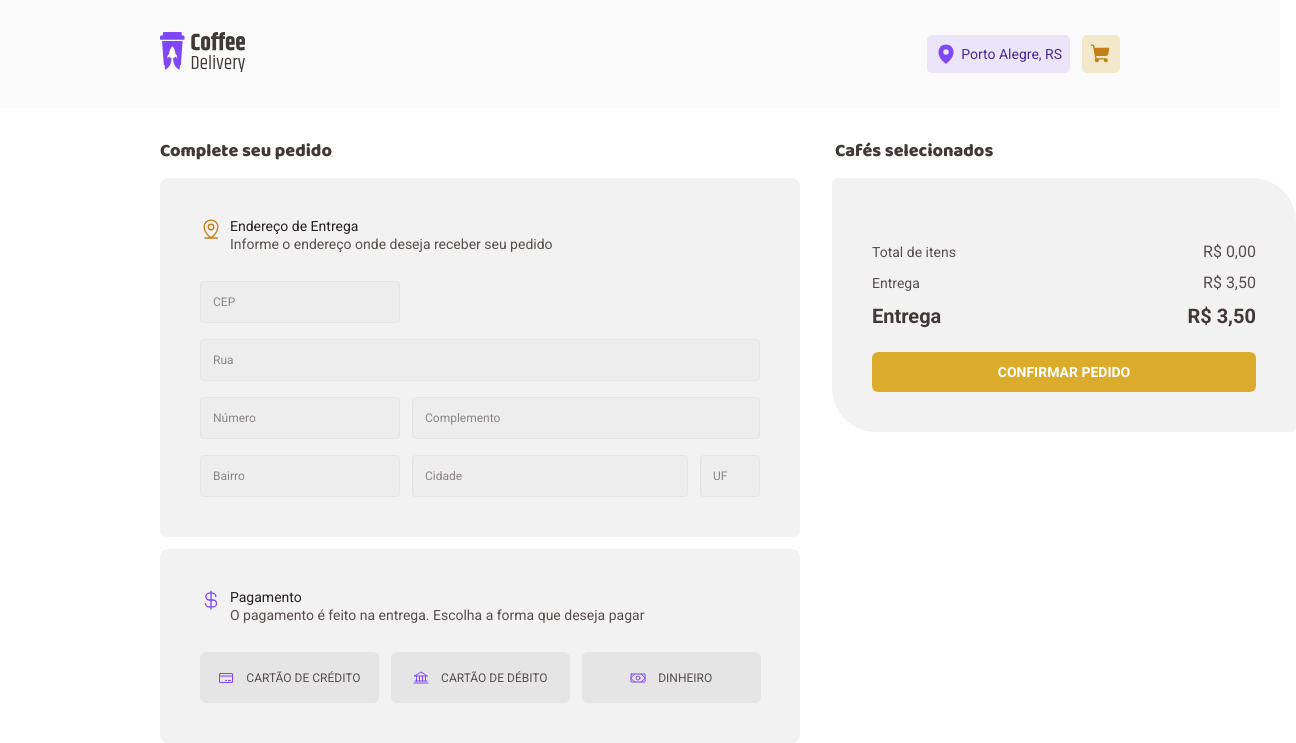
Repository: caueenrico/CoffeDelivery
Page: /checkout
These files come from the project's save history. The page is drawn as it stood at one moment and after a run of saves; the edit follows.
The browser window is 1280 px wide. The page is 1296 px wide, so the pictures cover 1296 px, including what lies to the right of the window. The pictures show the whole page.
The project was rebuilt for these pictures with package versions that can differ from the ones it lists, and the page was loaded fresh each time. Also part of the build but not shown: vite.config.ts, src/components/IpuntNumber/styles.ts, src/components/IpuntNumber/index.tsx, src/pages/CheckOut/components/SelectedCoffes/styles.ts, src/pages/CheckOut/components/SelectedCoffes/index.tsx, src/pages/CheckOut/Pages/Success/styles.ts, src/pages/CheckOut/Pages/Success/components/SendRequest/styles.ts, src/pages/CheckOut/Pages/Success/components/SendRequest/index.tsx and 8 more.

Above is the page before, as saved 2022-10-06 17:38:00.

### index.html
<!DOCTYPE html>
<html lang="en">
  <head>
    <meta charset="UTF-8" />

    <link rel="preconnect" href="https://fonts.googleapis.com" />
    <link rel="preconnect" href="https://fonts.gstatic.com" crossorigin />
    <link
      href="https://fonts.googleapis.com/css2?family=Baloo+2:wght@700;800&family=Roboto:wght@400;700&display=swap"
      rel="stylesheet"
    />

    <link rel="icon" type="image/svg+xml" href="/vite.svg" />
    <meta name="viewport" content="width=device-width, initial-scale=1.0" />
    <title>Vite + React + TS</title>
  </head>
  <body>
    <div id="root"></div>
    <script type="module" src="/src/main.tsx"></script>
  </body>
</html>

### src/App.tsx
import { BrowserRouter } from "react-router-dom";
import { ThemeProvider } from "styled-components";
import { CartContextProvider } from "./context/CartContext";
import { Router } from "./Router";
import { defaultTheme } from "./styles/themes/default";
import { GlobalStyle } from "./styles/themes/global";

export function App() {
  return (
    <ThemeProvider theme={defaultTheme}>
      <BrowserRouter>
      <CartContextProvider>
        <Router />
      </CartContextProvider>
      </BrowserRouter>
      <GlobalStyle />
    </ThemeProvider>
  );
}

### src/Router.tsx
import { Routes, Route } from 'react-router-dom'
import { DefaultLayout } from './layouts/DefaultLayout'
import { PageForm } from './pages/CheckOut'
import { Success } from './pages/CheckOut/Pages/Success'
import { Home } from './pages/Home'



export function Router() {
  return (
    <Routes>
      <Route path="/" element={<DefaultLayout />}>
        <Route path="/" element={<Home />} />
        <Route path="/checkout" element={<PageForm />} />
        <Route path="/checkout/success" element={<Success />} />

      </Route>
    </Routes>
  )
}

### src/styles/themes/default.ts
export const defaultTheme = {
  white: '#FFFFFF',

  // PRODUTOS
  'yellow-dark': '#C47F17',
  'yellow': '#DBAC2C',
  'yellow-light': '#F1E9C9',

  'purple-dark': '#4B2995',
  'purple': '#8047F8',
  'purple-light': '#EBE5F9',

  //BASE
  'title':'#272221',
  'subtitle': '#403937',
  'text':'#574F4D',
  'label':'#8D8686',
  'hover':'#D7D5D5',
  'button':'#E6E5E5',
  'input':'#EDEDED',
  'card':'#F3F2F2',
  'background':'#FAFAFA'
}

### src/styles/themes/global.ts
import { createGlobalStyle } from "styled-components";


export const GlobalStyle = createGlobalStyle`
  *{
    margin: 0;
    padding: 0;
    box-sizing: border-box;
  }

  :focus{
    outline: 0;
  }

  body{
    -webkit-font-smoothing: antialiased;
  }

  body,input,textarea,button{
    font-family: 'Roboto', sans-serif;
    font-weight: 400;
    font-size: 1rem;
  }

  input::-webkit-outer-spin-button,
  input::-webkit-inner-spin-button {
    -webkit-appearance: none;
    margin: 0;
  }
  input[type="number"] {
    -moz-appearance: textfield;
  }

`

### src/layouts/DefaultLayout/index.tsx
import { Outlet } from 'react-router-dom'
import { Header } from '../../components/Header'
import { LayoutContainer } from './styles'

export function DefaultLayout() {
  return (
    <div>
      <LayoutContainer>
        <Header />
        <Outlet />
      </LayoutContainer>
    </div>
  )
}

### src/pages/CheckOut/index.tsx
import {
  Bank,
  CreditCard,
  CurrencyDollar,
  MapPinLine,
  Money,
} from "phosphor-react";
import { NavLink } from "react-router-dom";
import { useTheme } from "styled-components";
import { MetodosdePagamentos } from "../../components/MetodosPagamento";
import { TilteText } from "../Home/styles";

import { ConfirmButton } from "./components/ConfirmButton";
import { RenderSelectCoffes } from "./components/RenderSelectCoffes";
import { TextCheck } from "./components/TextosCheck";
import { TotalItens } from "./components/TotalItens";


import * as zod from "zod";
import { zodResolver } from "@hookform/resolvers/zod";
import { useForm, FormProvider } from "react-hook-form";
import { ContainerForm } from "./styles";
import { CheckOutIndex } from "./components/CompleteOrderForm/CheckOutIndex";
import { PaymenteMethodo } from "./components/CompleteOrderForm/PaymenteMethodo";


const confirmOrderFormSchema = zod.object({
  cep: zod.string().min(1, 'CEP obrigatório'),
  street: zod.string().min(1, "Informe o Rua"),
  number: zod.string().min(1, "Informe o Número"),
  complement: zod.string(),
  district: zod.string().min(1, "Informe o Bairro"),
  city: zod.string().min(1, "Informe a Cidade"),
  uf: zod.string().min(1, "Informe a UF")
});

export type OrderData = zod.infer<typeof confirmOrderFormSchema>;

type ConfirmOrderFormData = OrderData;

export function PageForm() {
  const confirmOrderForm = useForm<ConfirmOrderFormData>({
    resolver: zodResolver(confirmOrderFormSchema),
  });

  const { handleSubmit } = confirmOrderForm;

  function handleConfirmOrder(data: ConfirmOrderFormData) {
    console.log(data);
  }

  return (
    <>
    <FormProvider {...confirmOrderForm}>
      <ContainerForm onSubmit={handleSubmit(handleConfirmOrder)} >
        <CheckOutIndex/>
      </ContainerForm>
    </FormProvider>

    </>
  );
}

### src/components/Header/index.tsx
import { HeaderContainer, NavHeaders } from "./styles";
import logo from '../assets/logo.svg';
import { Locations } from "../Locations";
import { Cart } from "../Cart";
import { NavLink } from "react-router-dom";


export function Header() {
  return (
    <HeaderContainer>
      <NavLink to='/'>
      <img src={logo} alt="" />
      </NavLink>

      <NavHeaders>
        <Locations />
        <NavLink to='/checkout'>
          <Cart/>
        </NavLink>
      </NavHeaders>
    </HeaderContainer>
  );
}

### src/layouts/DefaultLayout/styles.ts
import styled from 'styled-components'

export const LayoutContainer = styled.div`

`

### src/pages/CheckOut/styles.ts
import styled from "styled-components";

export const ContainerForm = styled.form`

display: flex;
flex-direction: column;
`

### src/pages/CheckOut/components/CompleteOrderForm/CheckOutIndex.tsx
import { TilteText } from "../../../Home/styles";
import { RenderSelectCoffes } from "../RenderSelectCoffes";
import { AddressForm } from "./AddresForm";
import { PaymenteMethodo } from "./PaymenteMethodo";
import {
  ContainerCheckOut,
  ContainerColunm,
  ContainerFlex,
  SelectCoffesContainer,
  TilteaText,
} from "./styles";

export function CheckOutIndex() {
  return (
    <ContainerFlex>
      <ContainerColunm>
        <TilteText>Complete seu pedido</TilteText>

        <ContainerCheckOut>
          <AddressForm />
        </ContainerCheckOut>

        <PaymenteMethodo />
      </ContainerColunm>

      <ContainerColunm>
        <TilteaText>Cafés selecionados</TilteaText>

        <SelectCoffesContainer>
          <RenderSelectCoffes />
        </SelectCoffesContainer>
      </ContainerColunm>
    </ContainerFlex>
  );
}

### src/pages/Home/styles.ts
import Background from '../assets/Background.png'

import styled from "styled-components";

export const BannerContainer = styled.div`

display: flex;
align-items: center;
justify-content: space-between;

padding: 94px 160px;

background-image: url(${Background});
background-position: center;
background-repeat: no-repeat;
background-size: cover;

`

export const TextContainer = styled.div`
 max-width: 588px;

 h1{
  font-family: 'Baloo 2';
  font-style: normal;
  font-weight: 800;
  font-size: 48px;
  line-height: 130%;
  color: ${props => props.theme['title']}
 }

  span {
    font-family: 'Roboto';
    font-weight: 400;
    font-size: 20px;
    line-height: 130%;
    color: ${props => props.theme['subtitle']}
  }




`

export const Benefist = styled.div `

  margin-top: 66px;
  max-width: 567px;
  color: ${props => props.theme['text']};

  ul {
    list-style-type: none;
    display: flex;
    gap: 40px;

  }

  ul li{
    font-size: 16px;
    display: flex;
    align-items: center;
    margin-bottom: 20px;
    gap: 12px;


  }

  .test{
    width: 231px;
  }
`

export const ProductsContainer = styled.div`

  h1{
    font-family: 'Baloo 2';
    font-style: normal;
    font-weight: 800;
    font-size: 32px;
    line-height: 130%;

    margin-left: 160px;
    margin-top: 32px;
    margin-bottom: 54px;

    color:${props => props.theme['subtitle']}
  }



`

export const TilteText = styled.h1`
    font-family: 'Baloo 2';
    font-style: normal;
    font-weight: 800;
    font-size: 18px;
    line-height: 130%;

    margin-left: 160px;
    margin-top: 32px;
    margin-bottom: 15px;

    color:${props => props.theme['subtitle']}
`

### src/components/Header/styles.ts
import styled from "styled-components";

export const HeaderContainer = styled.div`

  min-height: 104px;

  display: flex;
  align-items: center;
  justify-content: space-between;

  padding: 32px 160px;

  background-color: ${props => props.theme['background']};

  position: sticky;
  top: 0;
  left: 0;
  z-index: 5;

`
export const NavHeaders = styled.nav`
  display: flex;
  gap: 12px;

`

### src/components/Locations/index.tsx
import { MapPin } from "phosphor-react";
import { LocationsContainer } from "./styles";


export function Locations (){

  return (
    <LocationsContainer>
        <MapPin size={22} weight='fill' color="#8047F8"/> Porto Alegre, RS
    </LocationsContainer>
  )
}

### src/components/Cart/index.tsx
import { ShoppingCart } from "phosphor-react";
import React, { useContext } from "react";
import { CartContext } from "../../context/CartContext";
import { CartContainer } from "./styles";

export function Cart (){
  const {quantityAddItens} = useContext(CartContext)
  return(
    <CartContainer>
      <ShoppingCart size={22} weight='fill'/> {quantityAddItens > 0 && <span>{quantityAddItens}</span>}
    </CartContainer>
  )
}

### src/pages/CheckOut/components/RenderSelectCoffes/index.tsx
import { Container } from "./styles";
import { useContext } from "react";
import { CartContext } from "../../../../context/CartContext";
import { SelectedCoffes } from "../SelectedCoffes";
import { TotalItens } from "../TotalItens";
import { ConfirmButton } from "../ConfirmButton";

export function RenderSelectCoffes() {
  const { cartItens } = useContext(CartContext);

  return (
    <>
      <Container>
        {cartItens.map((coffee) => (
          <SelectedCoffes key={coffee.id} coffee={coffee} />
        ))}
      </Container>

      <TotalItens />

      <ConfirmButton />
    </>
  );
}

### src/pages/CheckOut/components/CompleteOrderForm/AddresForm.tsx
import { MapPinLine } from "phosphor-react";
import { useFormContext } from "react-hook-form";
import { InputForm } from "../../../../components/InpuitForm";
import { AddressFormContainer } from "./styles";
import { TextCheck } from "../TextosCheck";

interface ErrosType {
  errors: {
    [key: string]: {
      message: string;
    };
  };
}

export function AddressForm() {
  const { register, formState } = useFormContext();
  const { errors } = formState as unknown as ErrosType;

  return (
    <>
      <TextCheck
        icon={<MapPinLine size={22} color="#C47F17" />}
        title="Endereço de Entrega"
        subtitle="Informe o endereço onde deseja receber seu pedido"
      />
      <AddressFormContainer>
        <InputForm
          placeholder="CEP"
          type="number"
          className="cep"
          {...register("cep")}
          error={errors.cep?.message}
        />
        <InputForm
          placeholder="Rua"
          className="street"
          {...register("street")}
          error={errors.street?.message}
        />
        <InputForm
          placeholder="Número"
          type="number"
          {...register("number")}
          error={errors.number?.message}
        />
        <InputForm placeholder="Complemento" className="complemento" />
        <InputForm
          placeholder="Bairro"
          {...register("district")}
          error={errors.district?.message}
        />
        <InputForm
          placeholder="Cidade"
          {...register("city")}
          error={errors.city?.message}
        />
        <InputForm
          placeholder="UF"
          {...register("uf")}
          error={errors.uf?.message}
        />
      </AddressFormContainer>
    </>
  );
}

### src/pages/CheckOut/components/CompleteOrderForm/PaymenteMethodo.tsx
import { Bank, CreditCard, CurrencyDollar, Money } from "phosphor-react";
import { MetodosdePagamentos } from "../../../../components/MetodosPagamento";
import {
  ContainerCheckOut,
  MetodosDePagamentoContainer,
  PaymentContainer,
} from "./styles";
import { TextCheck } from "../TextosCheck";


export const MetodosDePagamentoOpn = {
  credito: {
    title: "Cartão de Crédito",
    icon:<CreditCard size={16} color="#8047F8" />,
  },
  debito: {
    title: "Cartão de Débito",
    icon:<Bank size={16} color="#8047F8" />,
  },
  dinheiro: {
    title: "Dinheiro",
    icon:<Money size={16} color="#8047F8" />,
  },
}

export function PaymenteMethodo() {
  return (
    <PaymentContainer>
      <ContainerCheckOut>
        <TextCheck
          icon={<CurrencyDollar size={22} color="#8047F8" />}
          title="Pagamento"
          subtitle="O pagamento é feito na entrega. Escolha a forma que deseja pagar"
        />

        <MetodosDePagamentoContainer>
          <MetodosdePagamentos
            icon={<CreditCard size={16} color="#8047F8" />}
            title="Cartão de Crédito"
          />
          <MetodosdePagamentos
            icon={<Bank size={16} color="#8047F8" />}
            title="Cartão de Débito"
          />
          <MetodosdePagamentos
            icon={<Money size={16} color="#8047F8" />}
            title="Dinheiro"
          />
        </MetodosDePagamentoContainer>
      </ContainerCheckOut>
    </PaymentContainer>
  );
}

### src/pages/CheckOut/components/CompleteOrderForm/styles.ts
import styled from "styled-components";

export const ContainerFlex = styled.div`
  display: flex;


`
export const ContainerColunm = styled.div`
display: flex;
flex-direction: column;
`

export const ContainerCheckOut = styled.div `

  margin-left: 160px;
  border-radius: 8px;
  display: flex;
  flex-direction: column;
  max-width: 40rem;
  background: ${props => props.theme.card};



`

export const TilteaText = styled.h1`
  font-family: 'Baloo 2';
    font-style: normal;
    font-weight: 800;
    font-size: 18px;
    line-height: 130%;

    margin-left: 35px;
    margin-top: 32px;
    margin-bottom: 15px;

    color:${props => props.theme['subtitle']}
`

export const SelectCoffesContainer = styled.div`
  display: flex;
  flex-direction: column;
  min-width: 29rem;
  background: ${props => props.theme.card};
  padding: 40px;
  margin-left: 32px;
  border-radius: 6px 44px;

  .navlink{
    width: 100%;
  }
`

export const PaymentContainer = styled.div`
  margin-top: 12px;
`

export const AddressFormContainer = styled.div`
  width: 100%;

  margin: 40px;
  display: grid;
  grid-template-columns: 12.5rem 17.25rem 3.75rem;
  column-gap: 0.75rem;
  row-gap: 1rem;
  grid-auto-flow: dense;

  .cep{
    grid-column: span 3;
    max-width: 12.5rem;
  }

  .street{
    grid-column: span 3;
  }

  .complemento {
    grid-column: span 2;
  }

`

export const MetodosDePagamentoContainer = styled.div`

  display: grid;
  grid-template-columns: repeat(3,1fr);
  gap: 12px;

  margin: 40px;

`

export const ValueContainer = styled.div`

`

### src/components/Locations/styles.ts
import styled from "styled-components";

export const LocationsContainer = styled.div`
  border-radius: 5px;

  max-width: 143px;
  padding: 8px;
  font-size: 14px;

  background-color: ${props => props.theme['purple-light']};
  color: ${props => props.theme['purple-dark']};

  display: flex;
  justify-content: center;
  align-items: center;
  gap: 4px;



`

### src/components/Cart/styles.ts
import styled from "styled-components";

export const CartContainer = styled.button`
  max-width: 38px;
  max-height: 38px;
  border-radius: 5px;
  border: none;

  background-color: ${props => props.theme['yellow-light']};
  color: ${props => props.theme['yellow-dark']};

  display: flex;
  align-content: center;
  align-items: center;
  position: relative;

  padding: 8px;

  span {
    position: absolute;
    width: 1.25rem;
    height: 1.25rem;
    top: calc(-1.25rem / 2);
    right: calc(-1.25rem / 2);
    background-color: ${props => props.theme['yellow-dark']};
    color: ${props => props.theme['yellow-light']};
    border-radius: 50%;

    font-size: 0.75rem;
    font-weight: 700;

    display: flex;
    align-items: center;
    justify-content: center;


  }

`

### src/pages/CheckOut/components/RenderSelectCoffes/styles.ts
import styled from "styled-components";

export const Container = styled.div`
  display: flex;
  flex-direction: column;

`

### src/pages/CheckOut/components/TotalItens/index.tsx

import { useContext } from "react";
import { CartContext } from "../../../../context/CartContext";
import { formatMoney } from "../../../../utils/formatMoney";
import { Container, Text, TotalBold, Valor } from "./styles";



export function TotalItens() {
  const {cartItemTotal} = useContext(CartContext);
  const PriceDelivery = formatMoney(3.50) ;
  const totalCoffes = formatMoney(cartItemTotal()) ;
  const total = formatMoney(cartItemTotal() + 3.50) ;

  return (
    <Container>
      <div>
        <Text>Total de itens</Text>
        <Valor>R$ {totalCoffes}</Valor>
      </div>
      <div>
        <Text>Entrega</Text>
        <Valor>R$ {PriceDelivery}</Valor>
      </div>
      <div>
        <TotalBold>Entrega</TotalBold>
        <TotalBold>R$ {total}</TotalBold>
      </div>
    </Container>
  );
}

### src/pages/CheckOut/components/ConfirmButton/index.tsx
import { NavLink } from "react-router-dom";
import { ButtonConfirm } from "./styles";

export function ConfirmButton() {
  return (
    <ButtonConfirm type="submit">
      Confirmar Pedido
    </ButtonConfirm>
  );
}

{/* <NavLink to="/checkout/success">Confirmar Pedido</NavLink> */}

### src/components/InpuitForm/index.tsx
import { forwardRef, InputHTMLAttributes } from "react";
import { InputStyleContainer, InputWrapper } from "./styles";

type InputProps = InputHTMLAttributes<HTMLInputElement> & {
  error?: string;
}

export const InputForm = forwardRef<HTMLInputElement, InputProps>(
  ({error,className,...props}, ref) => {
  return (
    <InputWrapper className={className}>
    <InputStyleContainer {...props}  ref={ref} />
    {error && (
      <p>{error}</p>
    )}
    </InputWrapper>
  )
})

### src/pages/CheckOut/components/TextosCheck/index.tsx
import { ReactNode } from "react"
import { SectionTitleContainer } from "./styles"

interface TextCheckProps{
  title: string
  subtitle?: string
  icon?: ReactNode
}

export function TextCheck({title,subtitle,icon}: TextCheckProps){
  return(
    <SectionTitleContainer>
      {icon}
      <div>
        <h1>{title}</h1>
        <span>{subtitle}</span>
      </div>
    </SectionTitleContainer>
  )
}

### src/components/MetodosPagamento/index.tsx
import { CreditCard } from "phosphor-react"
import { ReactNode, useState } from "react"
import { PaymentMethodos } from "./styles"

export interface PagamentosProps {
  icon?: ReactNode
  title: string
}

export function MetodosdePagamentos({icon, title} : PagamentosProps){


  return(
    <PaymentMethodos >
      {icon} {title}
    </PaymentMethodos>
  )
}

### src/utils/formatMoney.ts
export function formatMoney(value: number){
  return value.toLocaleString('pt-BR', {
    minimumFractionDigits: 2,
  })
}

### src/pages/CheckOut/components/TotalItens/styles.ts
import styled from "styled-components";

export const Container = styled.div`
  display: flex;
  flex-direction: column;
  margin-top: 24px;
  gap: 12px;

  div {
    display: flex;
    justify-content: space-between;
    align-items: center;
  }

`

export const Text = styled.span`
  font-size: 0.875rem;
  color: ${props => props.theme.text};
`
export const Valor = styled.span`
  font-size: 1rem;
  color: ${props => props.theme.text};
`
export const TotalBold = styled.span`
  font-size: 1.25rem;
  color: ${props => props.theme.subtitle};
  font-weight: 700;
`

### src/pages/CheckOut/components/ConfirmButton/styles.ts
import styled from "styled-components";

export const ButtonConfirm = styled.button`
  background: ${props => props.theme.yellow};
  color: ${props => props.theme["white"]};
  border-radius: 6px;
  padding: 12px 8px;
  border: none;
  margin-top: 24px;
  transition: 0.2s;
  font-size: 14px;
  font-weight: 700;
  text-transform: uppercase;
  cursor: pointer;

  a{
    color: ${props => props.theme["white"]};
    text-decoration: none;
  }

  &:hover {
    background: ${props => props.theme["yellow-dark"]};
  }
`

### src/components/InpuitForm/styles.ts
import styled from "styled-components";

export const InputWrapper = styled.div`
  display: flex;
  flex-direction: column;
  gap: 0.3rem;
  position: relative;

  >p{
    color: ${props => props.theme["purple-dark"]};
  }
  `


export const InputStyleContainer = styled.input`
  height: 2.625rem;
  border-radius: 4px;
  border: 1px solid ${props => props.theme.button};
  background: ${props => props.theme.input};
  transition: 0.4s;

  &:focus{
    border-color: ${props => props.theme["yellow-dark"]};
  }

  color: ${props => props.theme["text"]};
  font-size: 00.75rem;
  padding: 0 0.75rem;

  &::placeholder{
    color: ${props => props.theme["label"]};
  }
`

### src/pages/CheckOut/components/TextosCheck/styles.ts
import styled from "styled-components";

export const SectionTitleContainer = styled.div`
  display: flex;
  gap: 0.5rem;
  margin: 40px;
  margin-bottom: -12px;

  div{
    h1{
      font-size: 0.875rem;
      font-weight: 400;
      color: ${props => props.theme.title};
    }
    span{
      font-size: 0.875rem;
      font-weight: 400;
      color: ${props => props.theme.text};
    }
  }

`

### src/components/MetodosPagamento/styles.ts
import styled from "styled-components";

export const PaymentMethodos = styled.button`
  display: flex;
  align-items: center;
  justify-content: center;
  width: 11.18rem;
  height: 3.18rem;
  border: 2px solid ${props => props.theme.button};
  border-radius: 6px;
  background: ${props => props.theme.button};
  transition: 0.4s;
  color: ${props => props.theme.text};
  font-size: 12px;
  text-transform: uppercase;
  gap: 12px;

  &:focus{
    border-color: ${props => props.theme["purple-dark"]};
  }

`

Loaded but not shown: src/main.tsx (common file); src/context/CartContext.tsx (114 lines, source omitted)

After the next 3 saves:
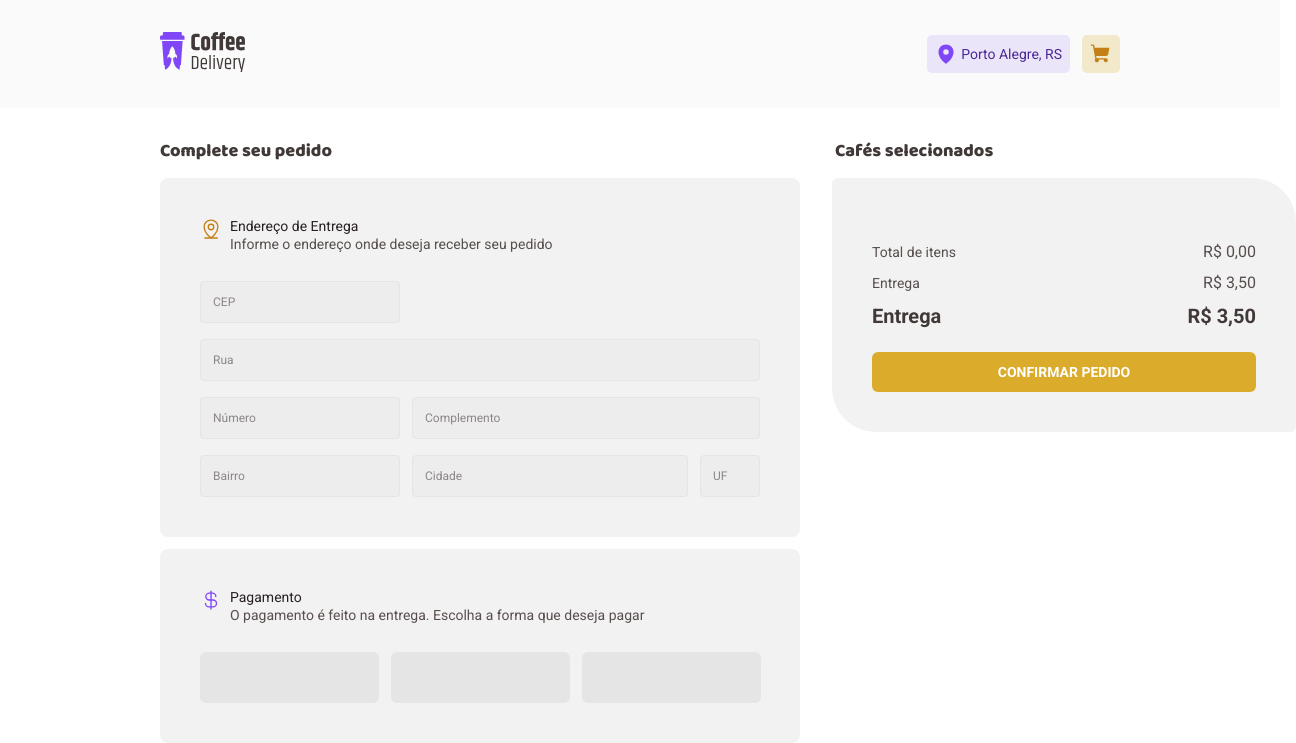
The 3 saves are shown as one change because 1 did not build or start and some came seconds apart.
The last was saved 45 s later.
--- a/src/components/MetodosPagamento/index.tsx
+++ b/src/components/MetodosPagamento/index.tsx
@@ -7,12 +7,12 @@ export interface PagamentosProps {
   title: string
 }
 
-export function MetodosdePagamentos({icon, title} : PagamentosProps){
+export function MetodosdePagamentos(){
 
 
   return(
     <PaymentMethodos >
-      {icon} {title}
+
     </PaymentMethodos>
   )
 }
